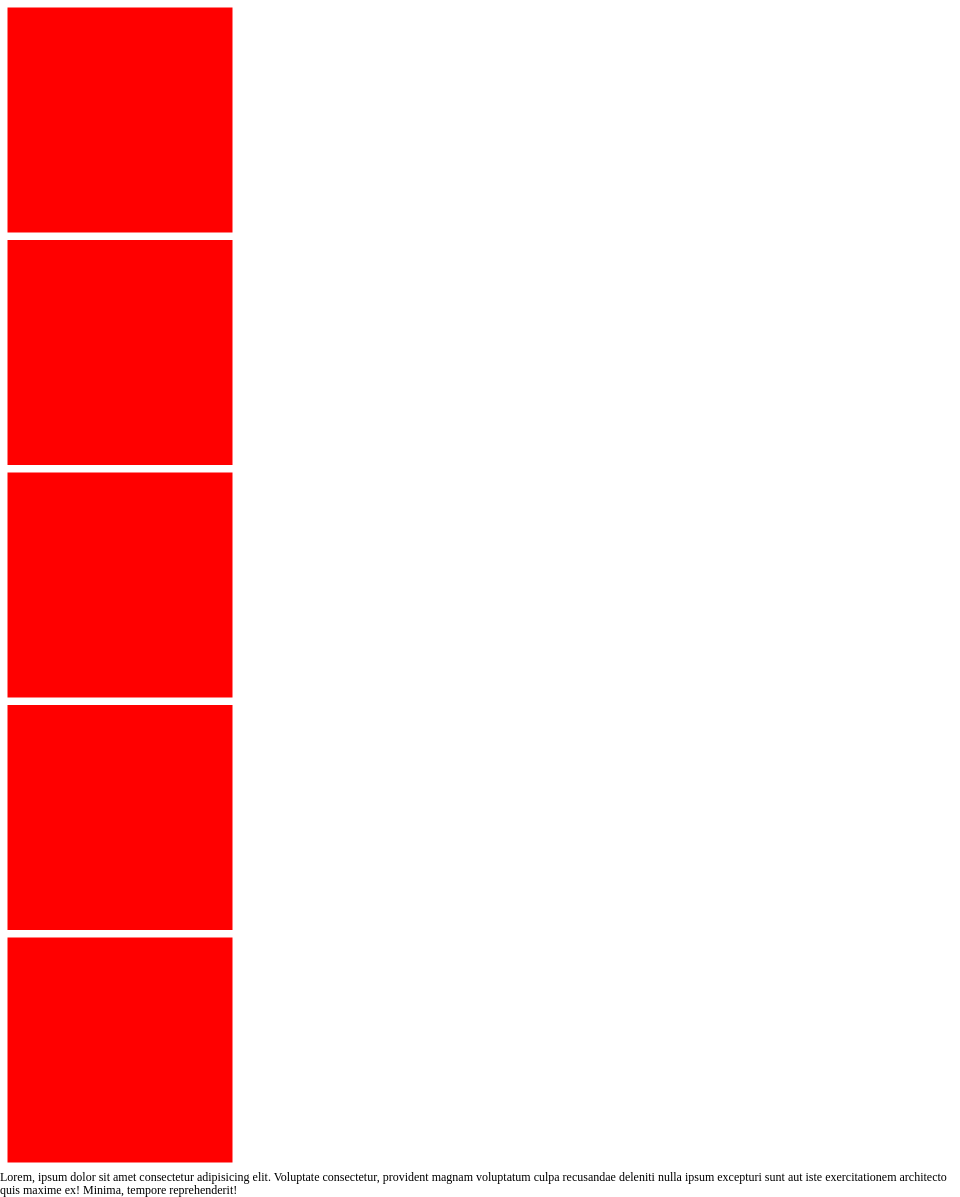
Repository: danilodscosta/CursoHTML
Page: aula1/aulascss.html
These files come from the project's save history. The page is drawn as it stood at one moment and after the next save; the edit follows.
The browser window is 1280 px wide. The pictures show the whole page, at 75% of full size.

Above is the page before, as saved 2024-01-17 16:55:48.

### aula1/aulascss.html
<!DOCTYPE html>
<html lang="pt-BR">

<head>
    <meta charset="utf-8">
    <meta name="viewport" content="width=device-width, inital-scale=1.0">
    <title>Aulas CSS</title>
    <link rel="stylesheet" href="assets/css/aulasstyle.css">
</head>



<body>
    <div class="grid">
        <div class="col">
            <div class="col-content"></div>
        </div>
        <div class="col">
            <div class="col-content"></div>
        </div>
        <div class="col">
            <div class="col-content"></div>
        </div>
        <div class="col">
            <div class="col-content"></div>
        </div>
        <div class="col">
            <div class="col-content"></div>
        </div>
    </div>
    <section id="full-page" class="full-page">
        <p>Lorem, ipsum dolor sit amet consectetur adipisicing elit. Voluptate consectetur, provident magnam voluptatum culpa recusandae deleniti nulla ipsum excepturi sunt aut iste exercitationem architecto quis maxime ex! Minima, tempore reprehenderit!</p>
    </section>
</body>
</html>

### aula1/assets/css/aulasstyle.css
/*
ID Classes, atributos e pseudo-classes  Elementos e pseudo-elementos
*/

* {
    margin: 0;
}

.pai {}

.col {
    width: 300px;
    height: 300px;
    background: rgba(255, 0, 0, 1);
    margin: 10px;
    position: static;
}

After the next save:
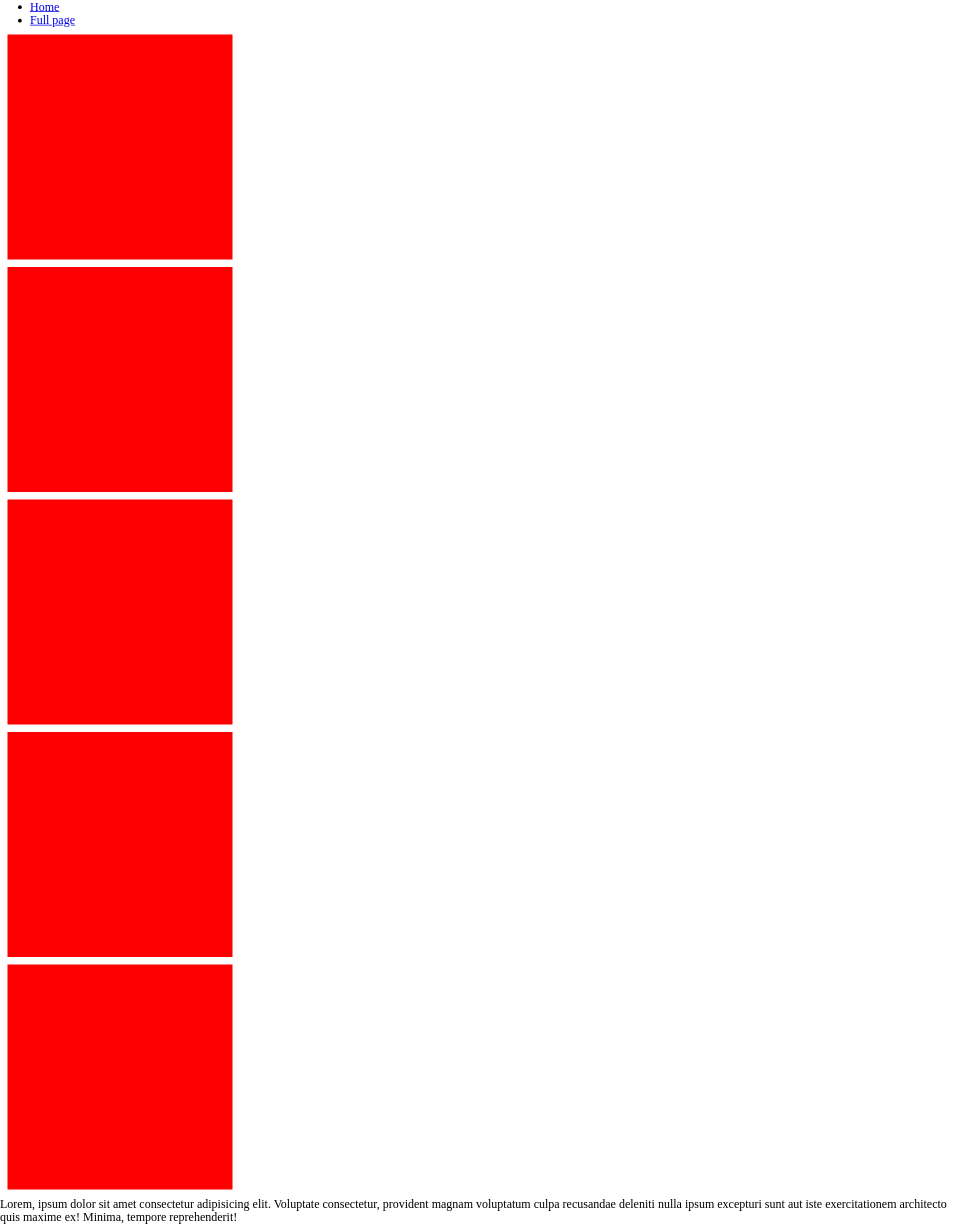
Saved 88 s later.
--- a/aula1/aulascss.html
+++ b/aula1/aulascss.html
@@ -11,6 +11,13 @@
 
 
 <body>
+    <nav class="menu">
+        <ul>
+            <li><a href="#home">Home</a></li>
+            <li><a href="#full-page">Full page</a></li>
+        </ul>
+    </nav>
+
     <div class="grid">
         <div class="col">
             <div class="col-content"></div>
